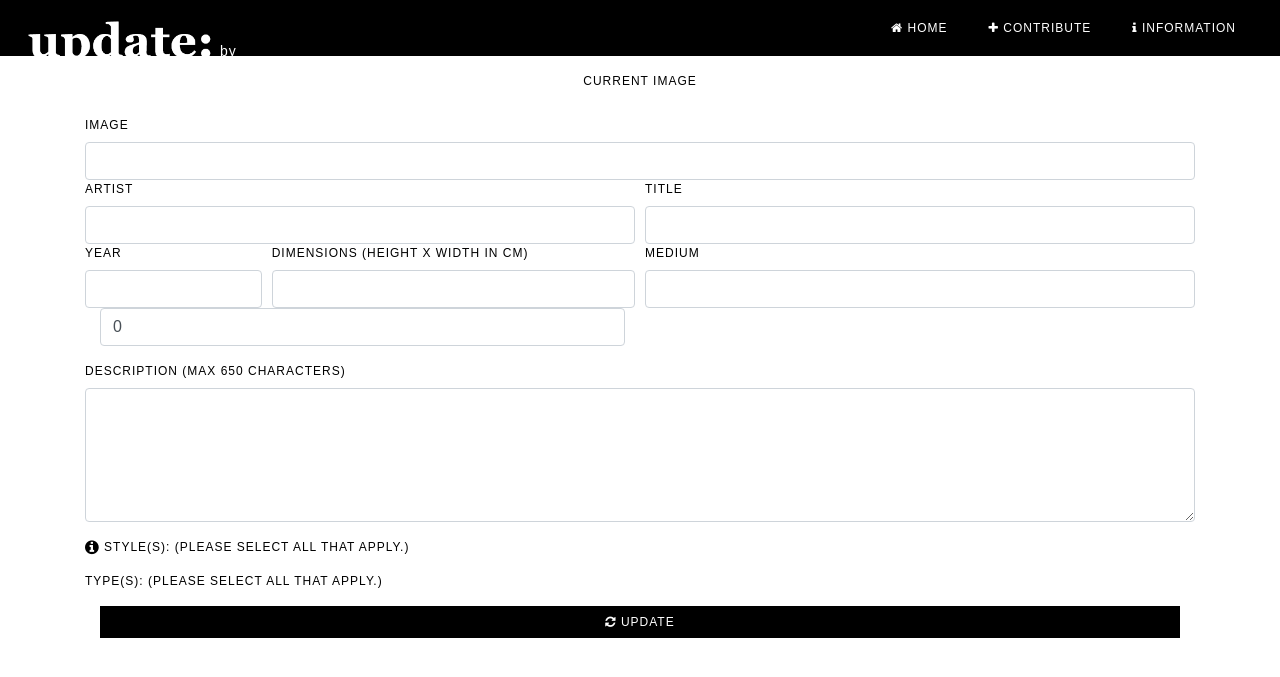
Repository: lynette-lyf/artwork-inventory
Page: templates/edit_artwork.template.html
The author's editor kept a record of every edit. The page is drawn from the files as they stood at one moment, then again after the next edit.
The browser window is 1280 px wide. The pictures show the whole page.
The page is served by the project's application, run on Flask 3 (app.py). The template is opened directly, without the code that normally fills it, so the values that code supplies are empty.

Above is the page before.

After the next edit:
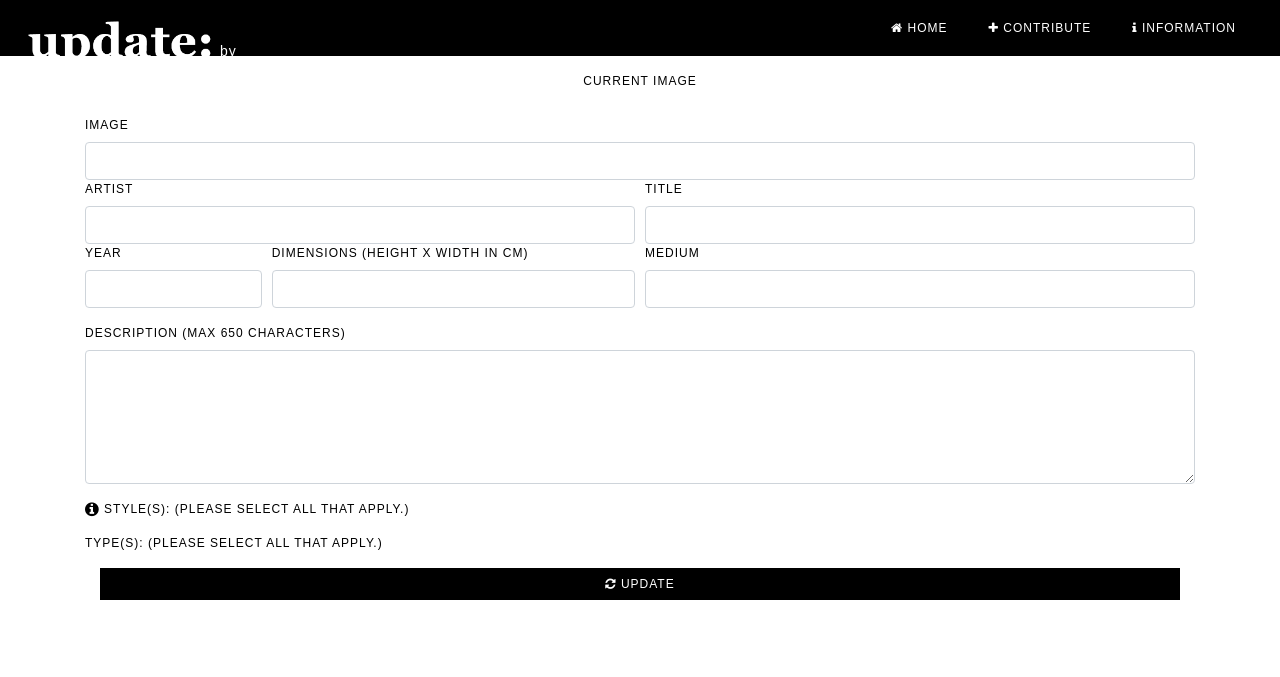
The edit:
--- a/templates/edit_artwork.template.html
+++ b/templates/edit_artwork.template.html
@@ -126,6 +126,10 @@
 button:focus, input:focus {
   outline:0!important;
   box-shadow: none!important;
+}
+
+#form-votes {
+    display:none;
 }
 
   </style>
